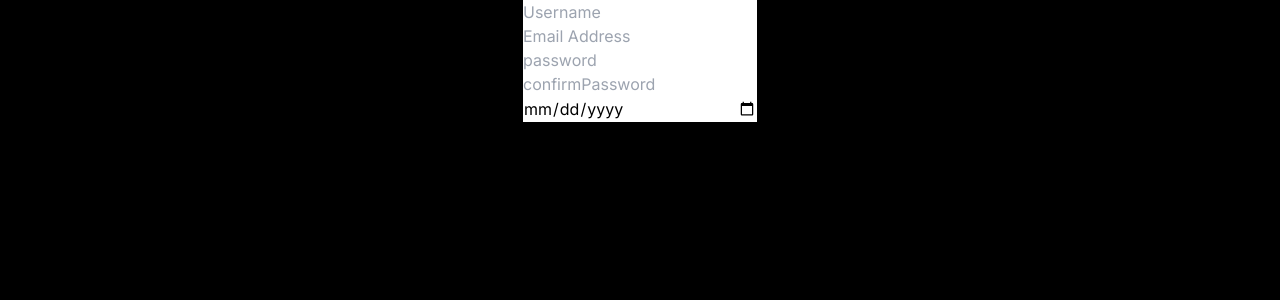
Repository: uh-sman/tiktok-card
Page: /
The author's editor kept a copy of each file at every save. The page is drawn from the files as they stood at one save, then again after the next save.
The browser window is 1280 px wide. The pictures show the whole page.
The project was rebuilt for these pictures with package versions that can differ from the ones it lists, and the page was loaded fresh each time. The framework's server and built-in components were replaced by stand-ins that run in the browser. Also part of the build but not shown: next.config.js.

Above is the page before, as saved 2023-12-19 11:55:27.

After the next save:
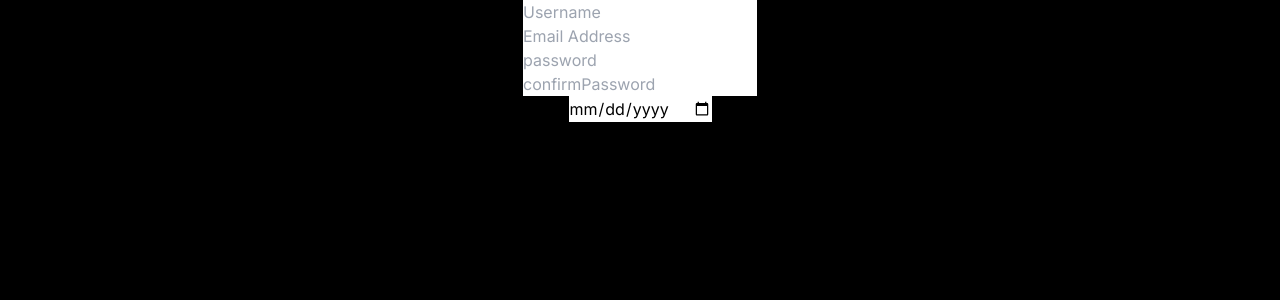
Saved 17 s later.
--- a/app/page.tsx
+++ b/app/page.tsx
@@ -22,8 +22,8 @@ export default function Home() {
   return (
     <div className="bg-black h-screen w-screen">
       {/* <div className="flex justify-center"> */}
-      <div className="flex justify-center items-center w-full flex-col">
-        <form className="flex flex-col" onSubmit={()=> {}}>
+      <div className="flex justify-center  w-full flex-col">
+        <form className="flex flex-col items-center" onSubmit={()=> {}}>
           <Input
             className=""
             id="Username"
